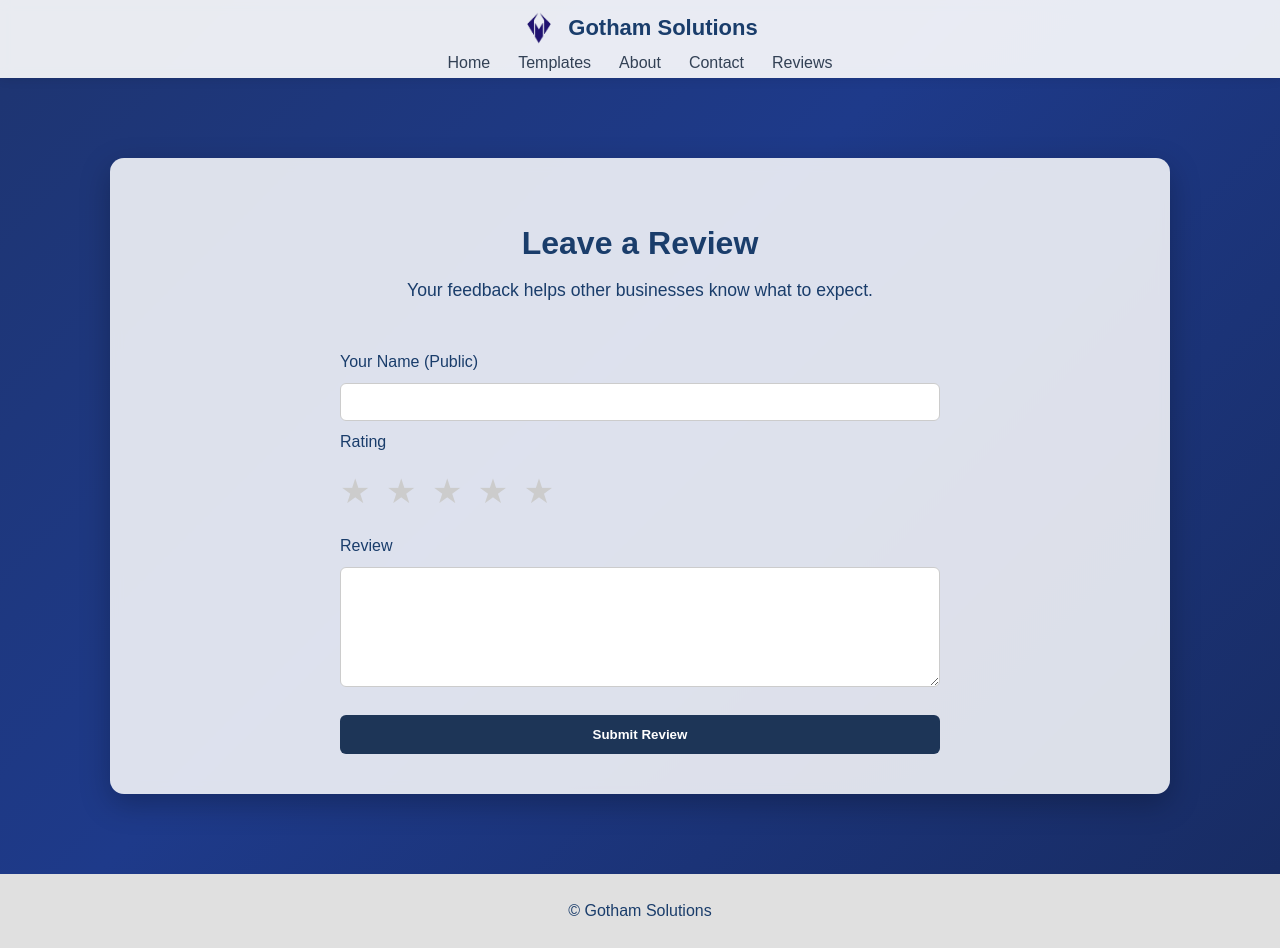
Repository: kmm569/gothamsolutions
Page: reviews/new/index.html
The author's editor kept a copy of each file at every save. The page is drawn from the files as they stood at one save, then again after the next save.
The browser window is 1280 px wide. The pictures show the whole page.

Above is the page before, as saved 2026-03-12 13:49:23.
Console error: TypeError: Cannot set properties of null (setting 'innerText')

After the next save:
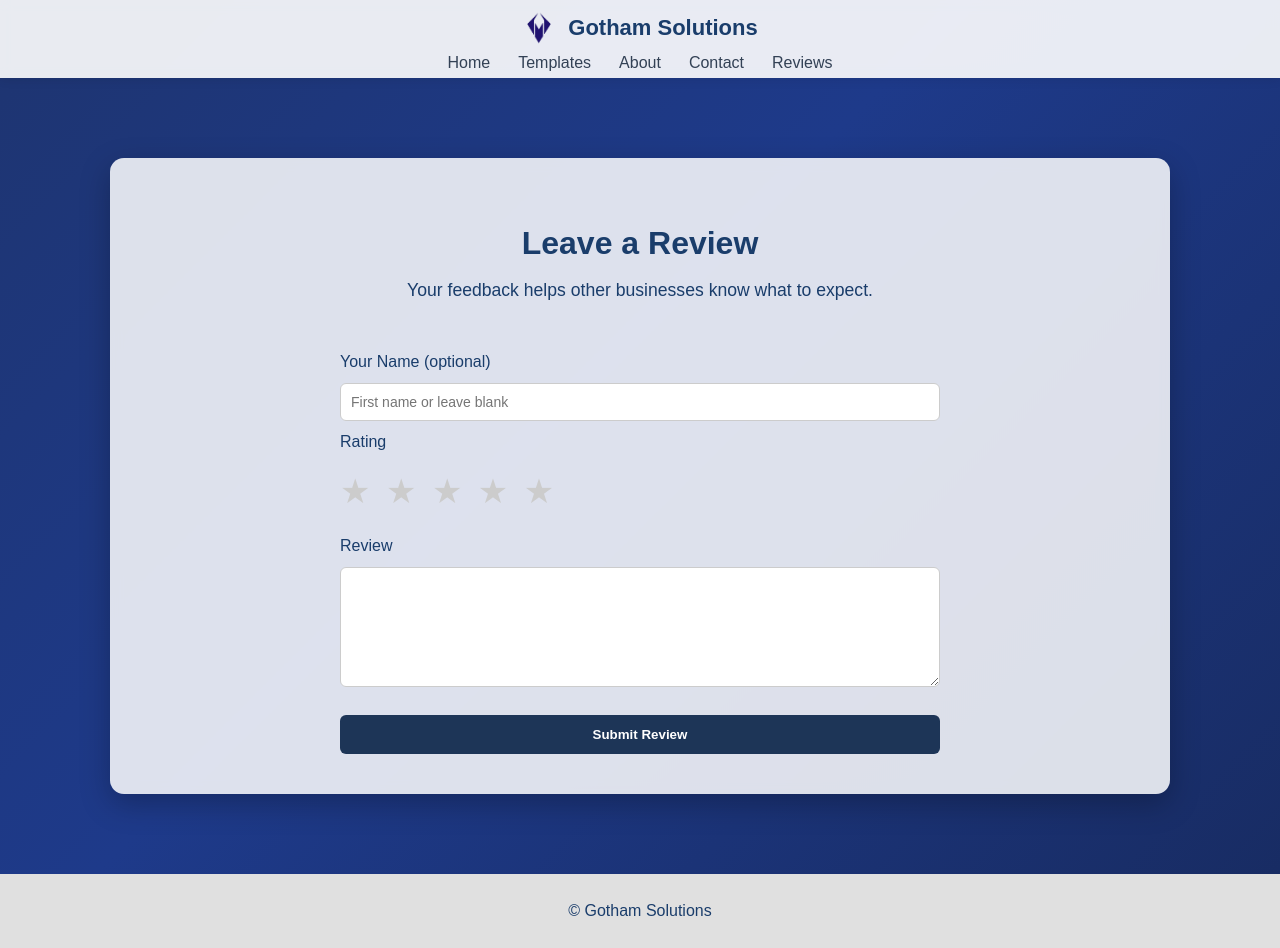
Saved 23 min 32 s later.
--- a/reviews/new/index.html
+++ b/reviews/new/index.html
@@ -42,8 +42,8 @@
 				<p id="invoiceLabel"></p>
 
 				<form class="review-form" id="reviewForm">
-					<label>Your Name (Public)</label>
-					<input type="text" id="name" required />
+					<label>Your Name (optional)</label>
+<input type="text" id="name" placeholder="First name or leave blank">
 
 					<label>Rating</label>
 
